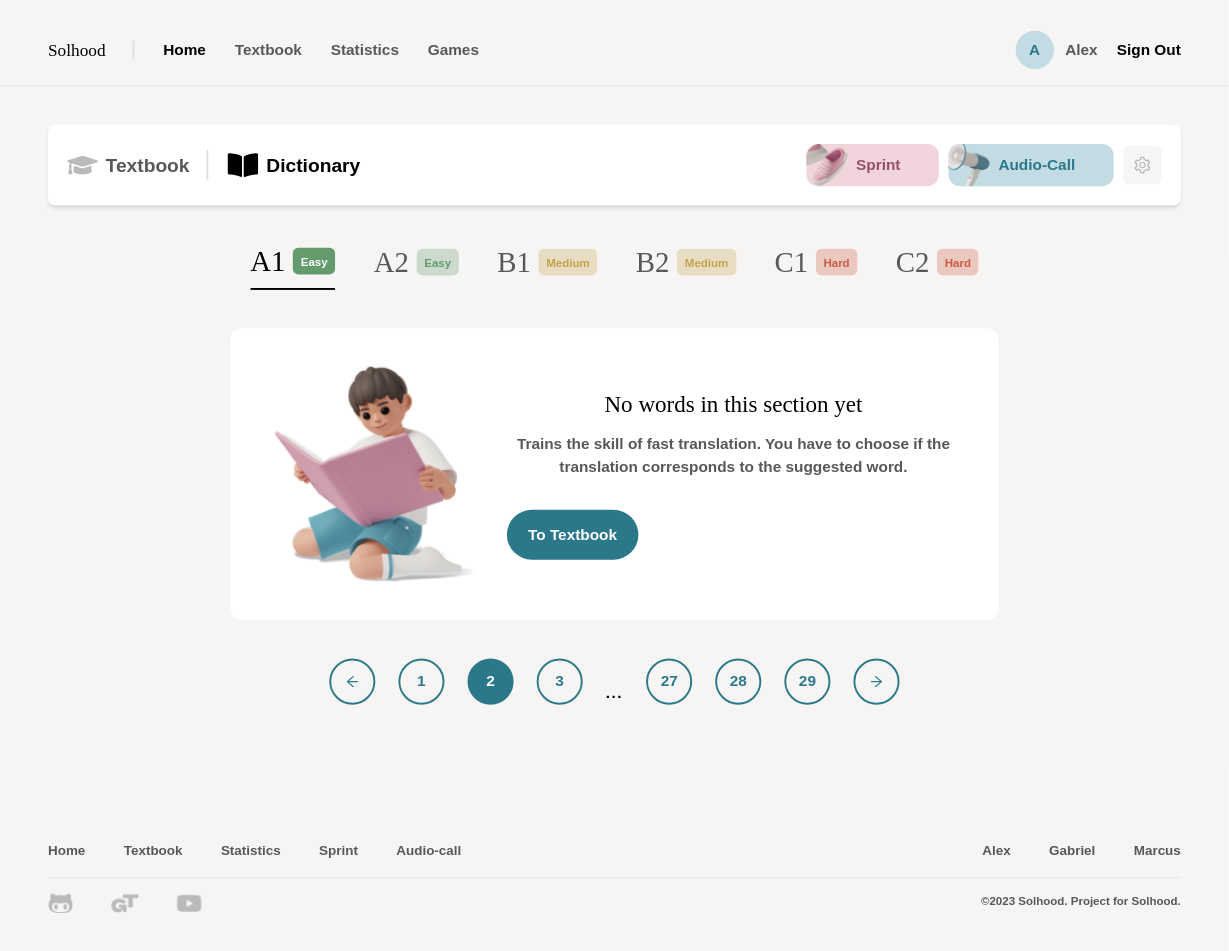
Repository: haudnn/solhood
Page: /textbook
The author's editor kept a copy of each file at every save. The page is drawn from the files as they stood at one save, then again after the next save.
The browser window is 1280 px wide. The pictures show the whole page, at 96% of full size.
The project was rebuilt for these pictures with package versions that can differ from the ones it lists, and the page was loaded fresh each time. Also part of the build but not shown: src/pages/Home.tsx, src/pages/sprint/Sprint.tsx, src/pages/sprint/Game.tsx, src/pages/sprint/Result.tsx, src/pages/audio/Audio.tsx, src/pages/audio/Game.tsx, src/pages/audio/Result.tsx.

Above is the page before, as saved 2023-01-06 19:44:03.

After the next save:
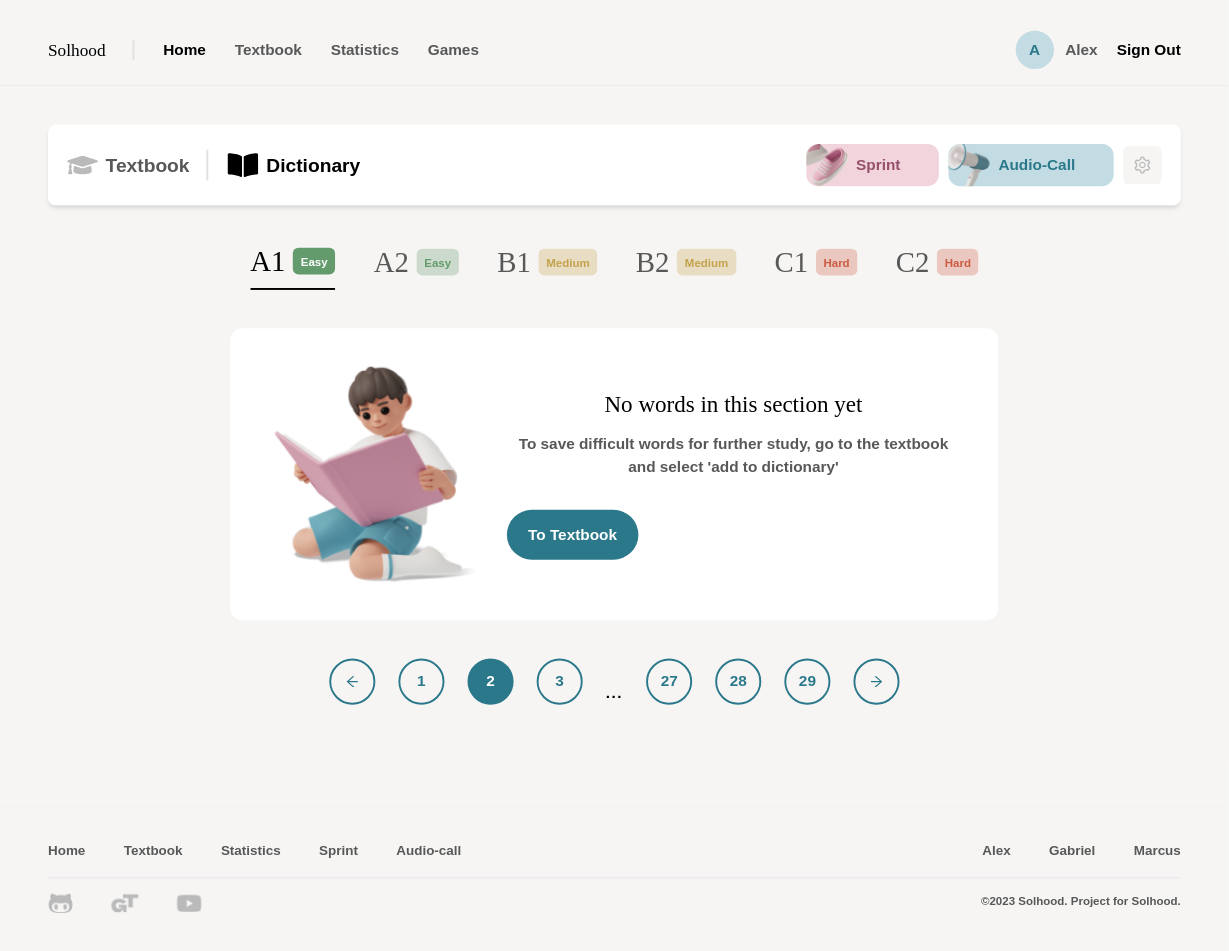
Saved 13 s later.
--- a/src/pages/textbook/TextBook.tsx
+++ b/src/pages/textbook/TextBook.tsx
@@ -202,8 +202,7 @@ const TextBook = () => {
                   <div className="flex flex-col justify-center w-full h-full">
                     <p className="text-2xl font-dela mb-[14px]">No words in this section yet</p>
                     <p className="mb-8 text-base font-semibold text-greydark">
-                      Trains the skill of fast translation. You have to choose
-                      if the translation corresponds to the suggested word.
+                      To save difficult words for further study, go to the textbook and select 'add to dictionary'
                     </p>
                     <div>
                       <button className="py-[14px] px-[22px] flex items-center justify-center rounded-[100px] bg-cyandark">
